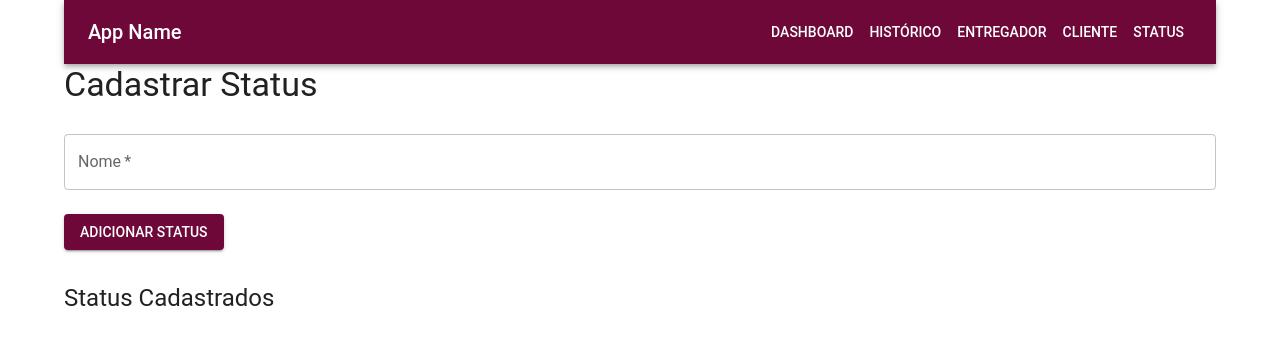
Repository: feliperanon/mobilegestao
Page: /add-status (app in frontend/)
The author's editor kept a copy of each file at every save. The page is drawn from the files as they stood at one save, then again after a run of saves.
The browser window is 1280 px wide. The pictures show the whole page.
The page's requests for data from a server got no answer. The project was rebuilt for these pictures with package versions that can differ from the ones it lists, and the page was loaded fresh each time. No one was signed in, and anything a server would have sent is missing. Also part of the build but not shown: frontend/webpack.config.js, frontend/src/pages/Home.js, frontend/src/pages/History.js, frontend/src/pages/Analysis.js, frontend/src/components/Dashboard.js, frontend/src/components/Login.js, frontend/src/components/Register.js, frontend/src/components/AddEntregador.js and 2 more.

Above is the page before, as saved 2024-07-20 21:18:55.

After the next 2 saves:
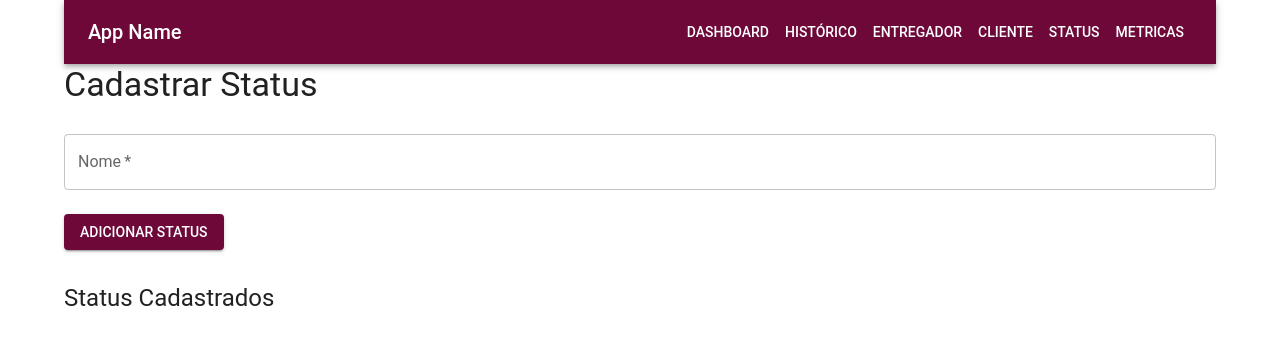
The 2 saves are shown as one change because 1 did not build or start.
The last was saved 3 min 44 s later.
--- a/frontend/src/components/Navigation.js
+++ b/frontend/src/components/Navigation.js
@@ -14,6 +14,7 @@ const Navigation = () => {
         <Button color="inherit" component={Link} to="/add-entregador">Entregador</Button>
         <Button color="inherit" component={Link} to="/add-cliente">Cliente</Button>
         <Button color="inherit" component={Link} to="/add-status">Status</Button>
+        <Button color="inherit" component={Link} to="/metrics">Metricas</Button>
       </Toolbar>
     </AppBar>
   );
